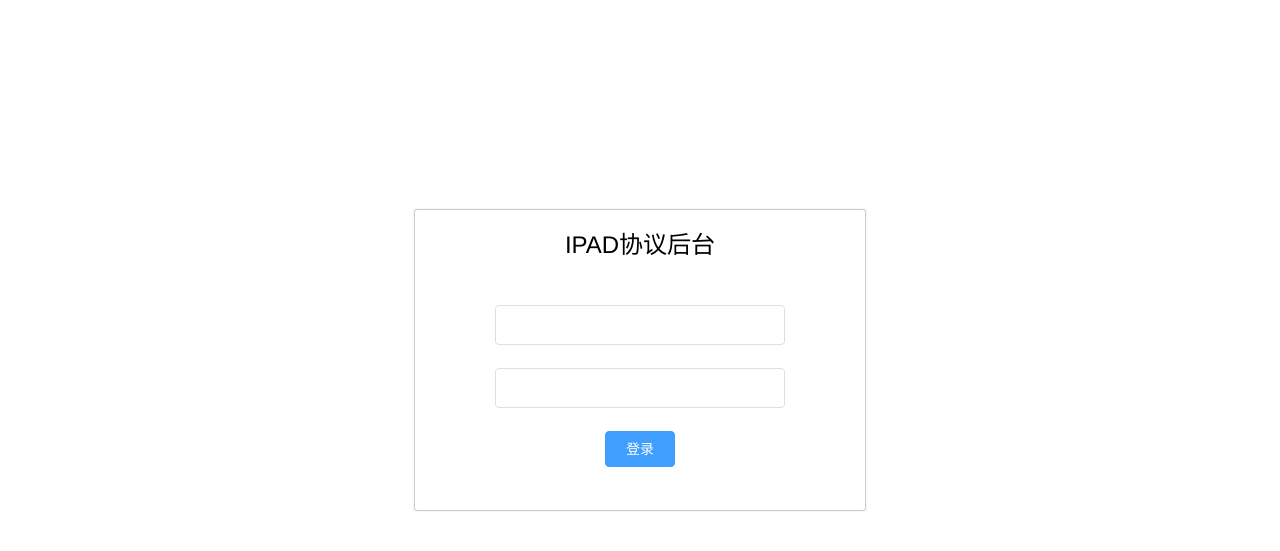
Repository: Iamanuan/ipad_admin
Page: /
These files come from the project's save history. The page is drawn as it stood at one moment and after the next save; the edit follows.
The browser window is 1280 px wide. The pictures show the whole page.
The project was rebuilt for these pictures with package versions that can differ from the ones it lists, and the page was loaded fresh each time. Also part of the build but not shown: vue.config.js.

Above is the page before, as saved 2020-05-07 13:49:17.

After the next save:
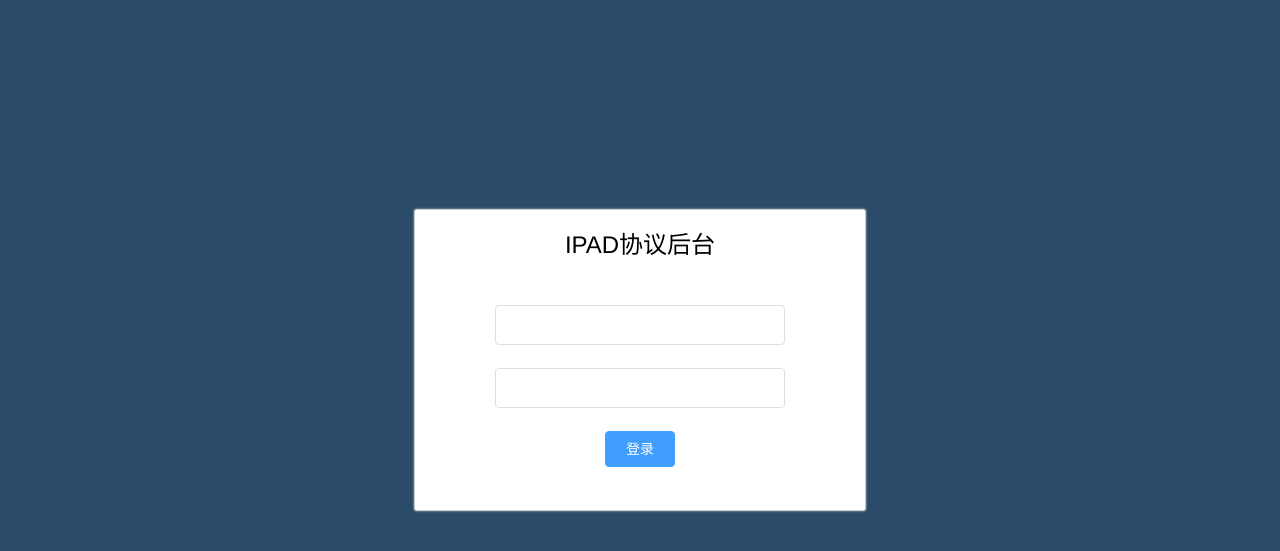
Saved 103 s later.
--- a/src/main.js
+++ b/src/main.js
@@ -3,7 +3,10 @@ import App from './App.vue'
 import router from './router'
 import './plugins/element.js'
 
-//
+// 导入字体图标样式表
+import './assets/font/iconfont.css'
+// 导入全局样式表
+import './assets/css/global.css'
 
 Vue.config.productionTip = false
 
